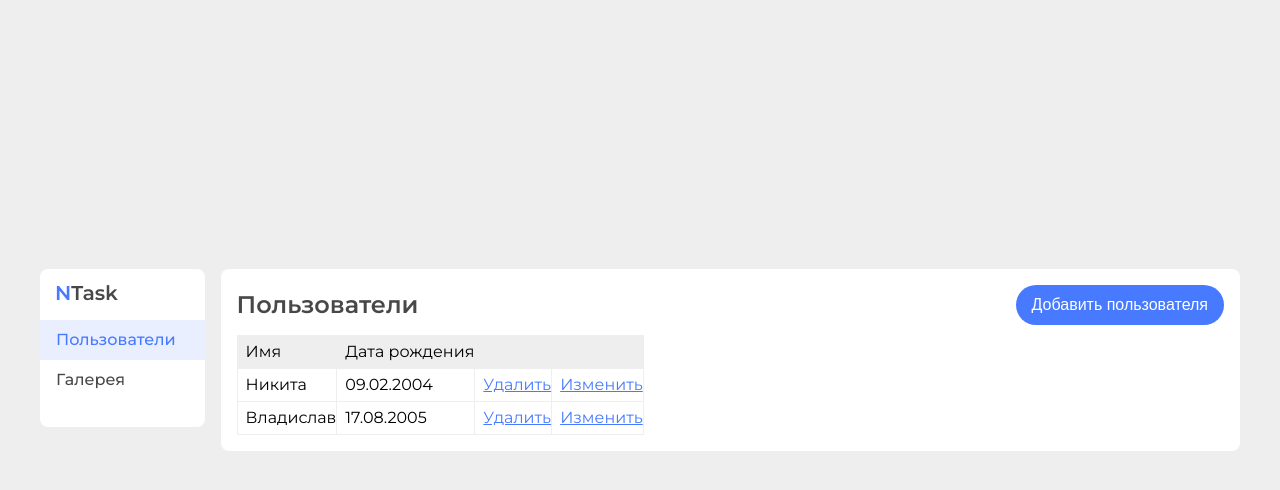
Repository: Grid-Master/NTask
Page: /
An editor plug-in stored every save of this project. The page is shown before and after the next save, followed by the edit.
The browser window is 1280 px wide. The pictures show the whole page.
The project was rebuilt for these pictures with package versions that can differ from the ones it lists, and the page was loaded fresh each time. Also part of the build but not shown: src/components/gallery/gallery.sass, src/components/gallery/Gallery.tsx, src/components/updateUser/updateUser.sass, src/components/updateUser/UpdateUser.tsx.

Above is the page before, as saved 2023-06-09 20:28:58.

After the next save:
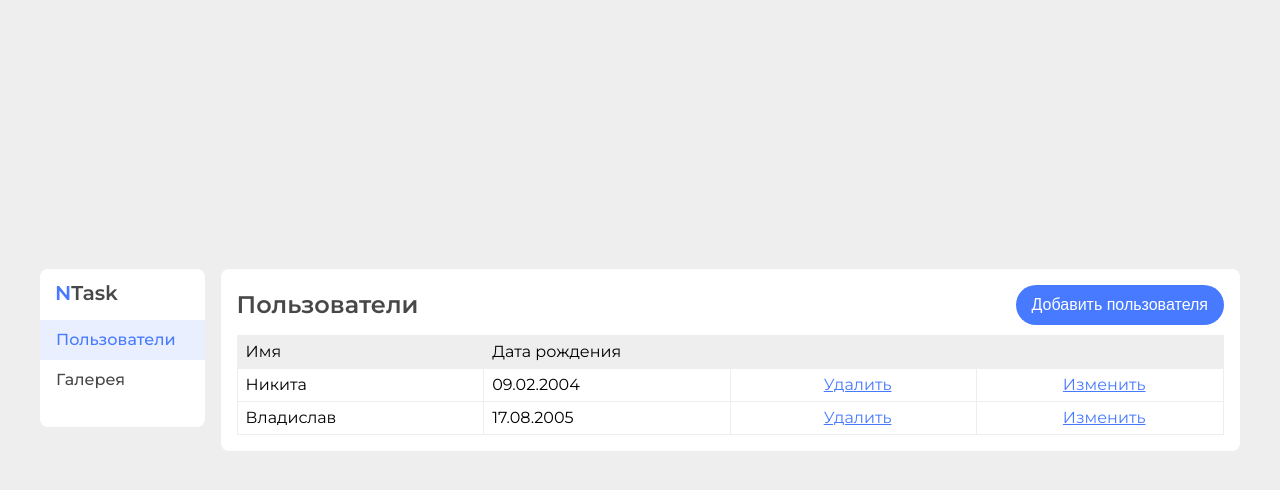
Saved 30 s later.
--- a/src/components/userList/userList.sass
+++ b/src/components/userList/userList.sass
@@ -31,7 +31,7 @@
         // width: 952px
         td
             border: 1px solid #EEEEEE
-            // width: 238px
+            width: 238px
             text-align: start
             padding: 8px 0
             padding-left: 8px
